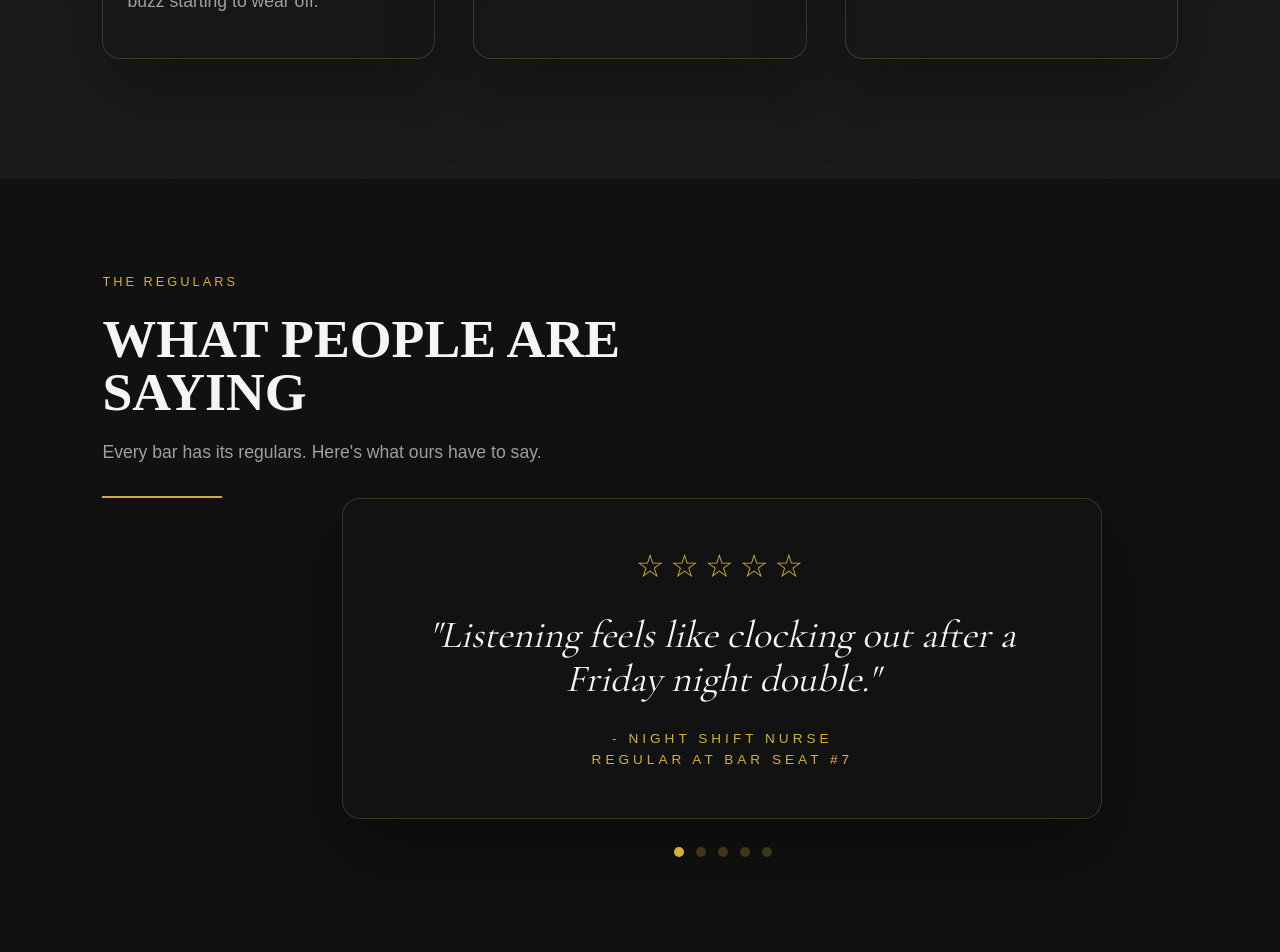
Repository: Gage-Codes/BarRot
Page: css/index.html
These files come from the project's save history. The page is drawn as it stood at one moment and after the next save; the edit follows.
The browser window is 1280 px wide. The pictures show the part of the page from y = 4324 to 5276 px (the page is 5276 px tall before and 5256 px after).

Above is the page before, as saved 2026-07-05 15:47:26.

After the next save:
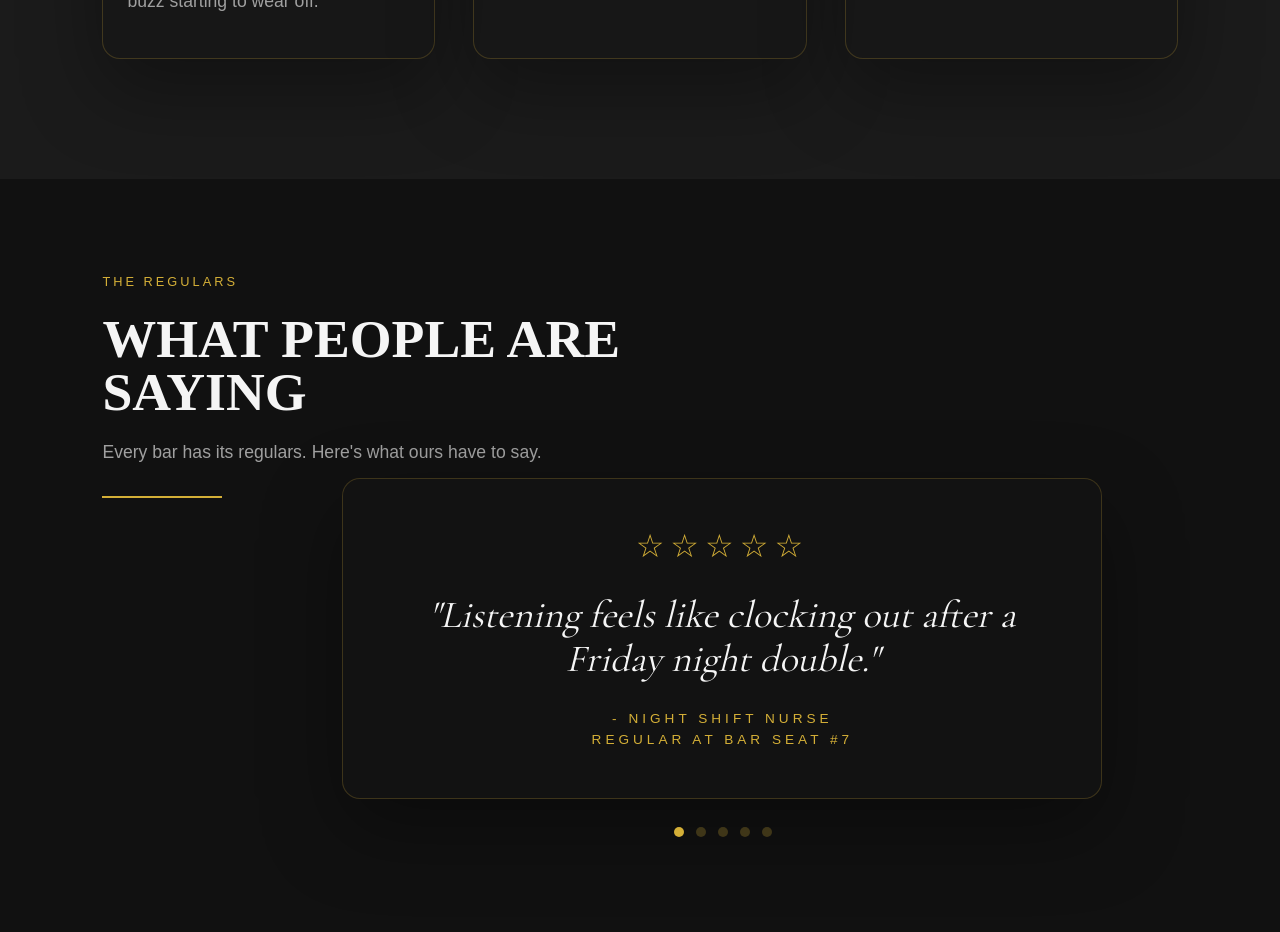
Saved 42 s later.
--- a/css/style.css
+++ b/css/style.css
@@ -543,7 +543,7 @@
 .review-slider {
     display: flex;
     justify-content: flex-end;
-    margin-top: -40px;
+    margin-top: -60px;
     padding-right: 7%;
 }
 .review-card {
